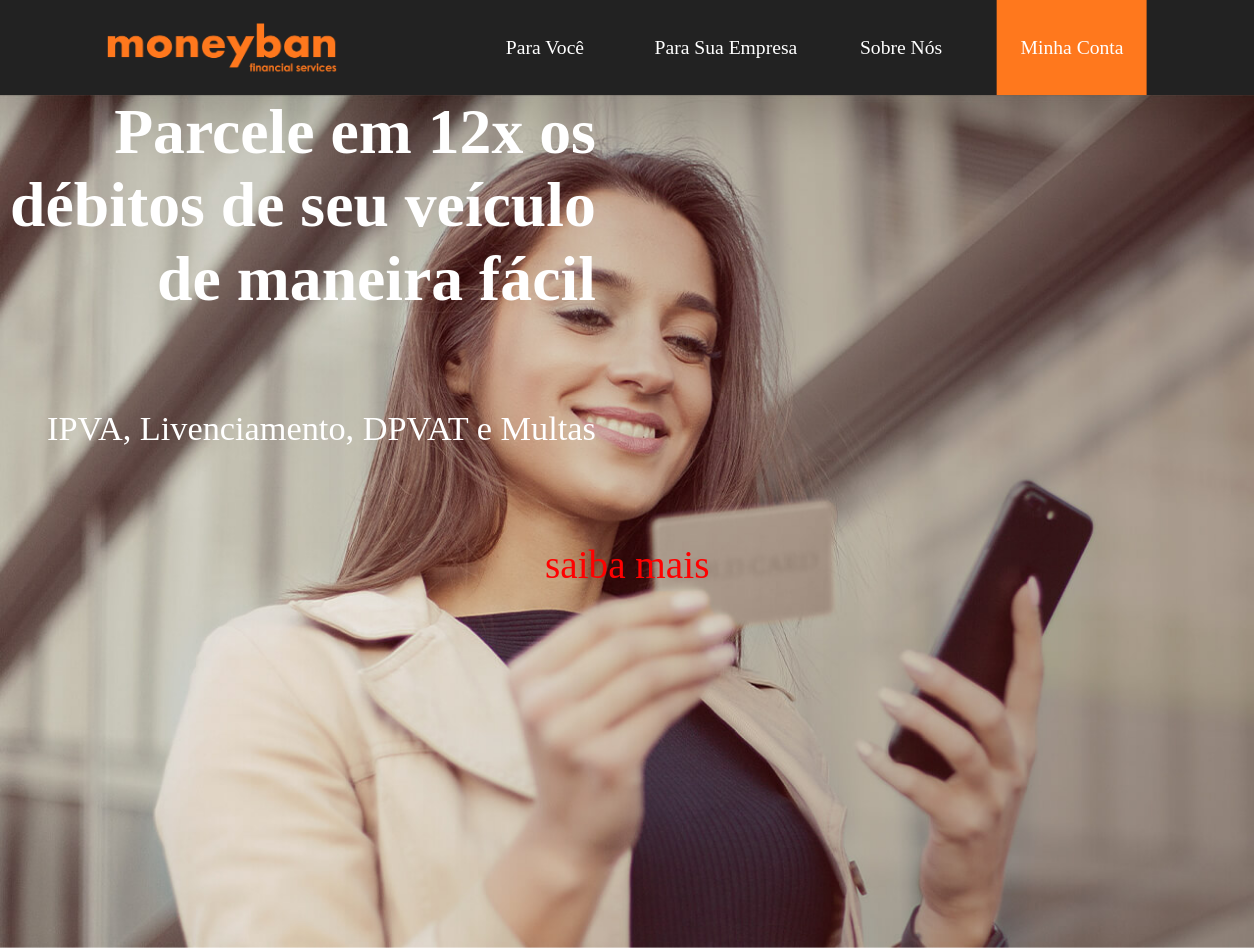
Repository: IvanCardoso91/moneyban
Page: index.html
An editor plug-in stored every save of this project. The page is shown before and after the next save, followed by the edit.
The browser window is 1280 px wide. The pictures show the whole page, at 98% of full size.
Some icons come from a web library that is not loaded, so they are not drawn. Some web fonts or font styles are not loaded; a fallback is used.

Above is the page before, as saved 2020-12-15 14:14:27.

### index.html
<!DOCTYPE html>
<html lang="en">

<head>
    <meta charset="UTF-8">
    <meta name="viewport" content="width=device-width, initial-scale=1.0">
    <link rel="stylesheet" href="./style/main-style.css" type="text/css">
    <link href="/Repositorios/site-moneyban/assets/fontawesome-free/css/all.css" rel="stylesheet">
    <title>Moneyban</title>
    <div class="menu-box">
        <div class="site-title">
            <img src="./assets/img/moneyban 3.png" alt="moneyban" width="233" height="49" />
        </div>
        <div class="menu-options">
            <div style="height: 100%; display: flex;align-items: center;">
                <button onclick="myFunction('personal')" class="menu-options-btn menu-options-text">Para Você <i class="fas fa-chevron-down"></i></button>
                <div style="position: absolute; margin-top: 335px;">
                    <div id="myDropdown" class="dropdown-content">
                        <a>Detran Parcelado</a>
                        <a>Credito Pessoal <span>(em breve)</span></a>
                        <a>Conta Digital <span>(em breve)</span></a>
                        <a>Cartão Internacional <span>(em breve)</span></a>
                        <a>Seguro de Celular <span>(em breve)</span></a>
                    </div>
                </div>
            </div>
            <div style="height: 100%; display: flex;align-items: center;">
                <button onclick="myFunction('enterprise')" class="menu-options-btn menu-options-text">Para Sua Empresa <i class="fas fa-chevron-down"></i></button>
                <div style="position: absolute; margin-top: 295px;">
                    <div id="enterpriseDropdown" class="dropdown-content" style="margin-left: 18px;">
                        <a>Detran Parcelado Frota</a>
                        <a>Capital de Giro <span>(em breve)</span></a>
                        <a>Conta Digital <span>(em breve)</span></a>
                        <a>Cartão Internacional <span>(em breve)</span></a>
                    </div>
                </div>
            </div>
            <div style="height: 100%; display: flex;align-items: center;">
                <span class="menu-options-text"><a>Sobre Nós</a></span>
            </div>
            <div class="menu-options-my-account"><a>Minha Conta</a></div>
        </div>
    </div>
</head>

<body>
    <div class="box-img1">
        <div class="right-side-box">
            <span class="right-side-text">Parcele em 12x os débitos de seu veículo de maneira fácil</span>
        </div>
        <div class="right-side-box2">
            <span class="right-side-text2">IPVA, Livenciamento, DPVAT e Multas</span>
        </div>
        <div class="center-know-more">
            saiba mais
        </div>
    </div>





    <script type="text/javascript" src="./script/main-index.js"></script>
</body>

</html>

### style/main-style.css
@font-face {
    font-family: 'Century Gothic';
    src: url('/Repositorios/site-moneyban/assets/fonts/Century_Gothic.ttf')
}

body {
    margin: 0px;
}

a {
    cursor: pointer;
}


/* MENU HEADER */

.menu-box {
    background-color: #222222;
    width: 100%;
    display: flex;
    flex-direction: row;
    justify-content: space-evenly;
    height: 97px;
}

.site-title {
    display: flex;
    align-items: center;
}

.title-text {
    color: #FF781D;
    font-family: 'Century Gothic';
    font-weight: bold;
}

.subtitle-text {
    color: #FF781D;
    font-family: 'Century Gothic';
}

.menu-options {
    display: flex;
    align-items: center;
    justify-content: flex-end;
}

.menu-options-text {
    color: #FFFFFF;
    font-size: 20px;
    font-family: 'Century Gothic';
    margin-left: 56px;
    background-color: #0000;
    border-color: #0000;
    cursor: pointer;
}

.menu-options-text:focus {
    outline: 0;
}

.menu-options-my-account {
    background-color: #FF781D;
    color: #FFFFFF;
    font-size: 20px;
    font-family: 'Century Gothic';
    margin-left: 56px;
    height: 100%;
    display: flex;
    align-items: center;
    padding: 0px 24px;
}

.fa-chevron-down {
    color: #FF781D;
    pointer-events: none;
}


/* FIM DO MENU HEADER */


/* DROPDOWN */

.dropdown {
    position: relative;
    display: inline-block;
}

.dropdown-content {
    display: none;
    font-size: 14px;
    font-family: 'Century Gothic';
    background-color: #222222B3;
    cursor: pointer;
    opacity: 1;
    border: 2px solid transparent;
    border-top-color: #FF781D;
    transition: all 2s ease-in-out;
}

.dropdown-content a {
    color: #FFFFFF !important
}

.dropdown-content span {
    color: #FF781D !important;
    font-size: 10px
}

.dropdown-content a {
    color: black;
    padding: 12px 16px;
    text-decoration: none;
    display: block;
}

.dropdown a:hover {
    background-color: #ddd;
}

.show {
    display: flex;
    flex-direction: column;
    align-content: flex-start;
    width: 292px;
    padding: 15px;
}


/* FIM DO DROPDOWN */

.box-img1 {
    height: 870px;
    background-image: url('/Repositorios/site-moneyban/assets/img/bg-home-parcelar-documentos-carro-moto.jpg');
}

.right-side-box {
    width: 608px;
    height: 321px;
    text-align: right;
}

.right-side-box2 {
    width: 608px;
    height: 85px;
    text-align: right;
}

.right-side-text {
    font-size: 65px;
    font-family: 'Century Gothic';
    font-weight: bold;
    color: #FFFFFF;
}

.right-side-text2 {
    font-size: 35px;
    font-family: 'Century Gothic';
    font-weight: normal;
    color: #FFFFFF;
}

.center-know-more {
    display: flex;
    justify-content: center;
    align-items: center;
    font-size: 40px;
    color: red;
    height: 17%;
}

### script/main-index.js
function myFunction(option) {
    if (option === 'personal') {
        document.getElementById("myDropdown").classList.toggle("show");
        document.getElementById("enterpriseDropdown").classList.remove("show")
    } else {
        document.getElementById("enterpriseDropdown").classList.toggle("show");
        document.getElementById("myDropdown").classList.remove("show");
    }

}

// Close the dropdown if the user clicks outside of it
window.onclick = function(event) {
    if (!event.target.matches('.menu-options-btn')) {
        var dropdowns = document.getElementsByClassName("dropdown-content");
        var i;
        for (i = 0; i < dropdowns.length; i++) {
            var openDropdown = dropdowns[i];
            if (openDropdown.classList.contains('show')) {
                openDropdown.classList.remove('show');
            }
        }
    }
}

// NAO ESQUECER DE ADICIONAR O MÉTODO POST
{
    /* <form method="post" action="https://consulta.moneyban.com.br/licenciamento.php" name="form">
    	<input type="text" placeholder="Nome Completo" name="cnome">
    	<input type="email" placeholder="E-mail" name="cemail">
    	<input type="tel" placeholder="Telefone" name="cphone">
    	<input type="text" placeholder="Renavam" id="renavam" name="crenavam" maxlength="11">
    	<input type="hidden" name="cparceiro" value="">
    	<input type="hidden" name="cuf" value="PR">
    	<button type="submit" >Consultar Grátis</button>
    </form> */
}

After the next save:
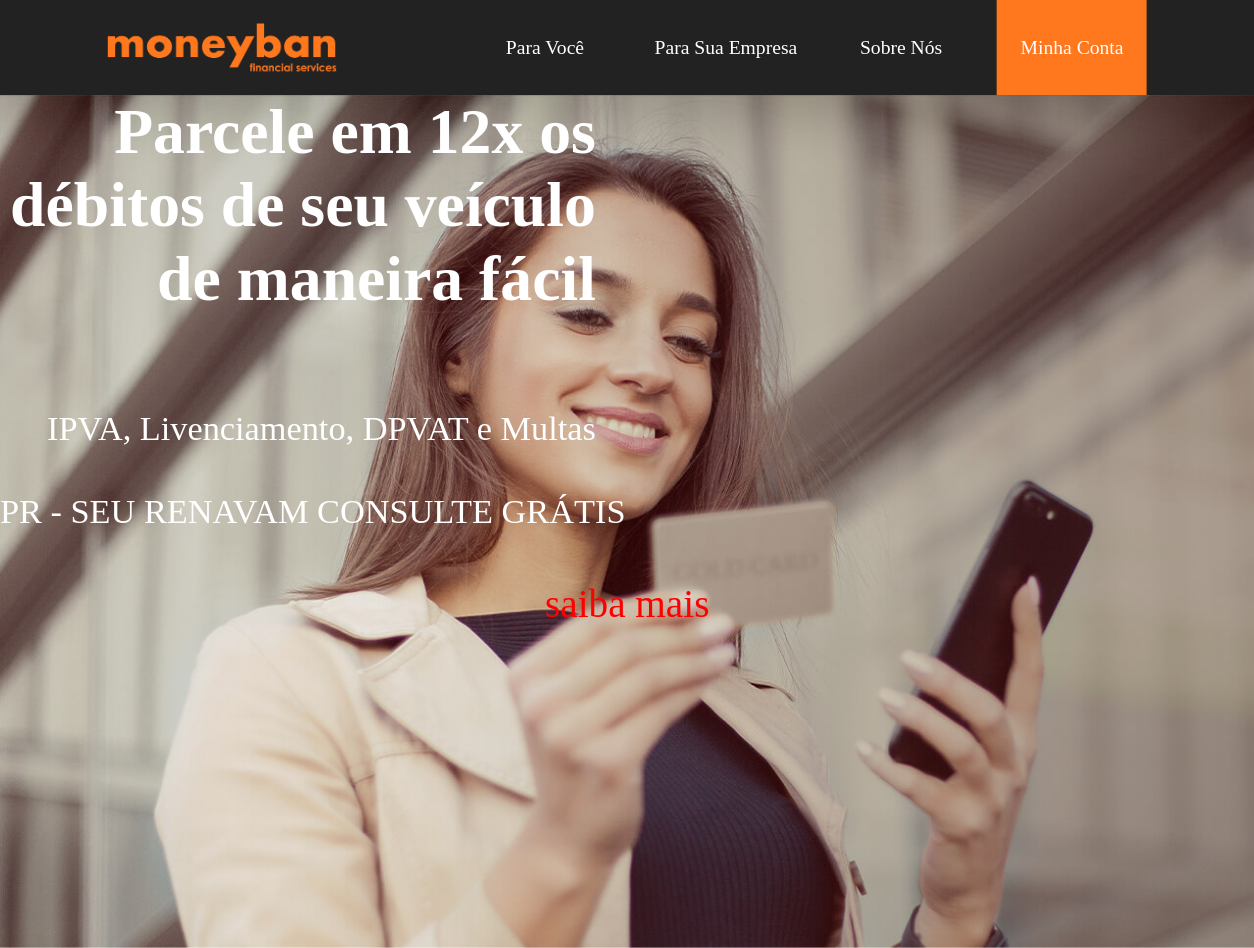
Saved 56 s later.
--- a/index.html
+++ b/index.html
@@ -51,6 +51,9 @@
         <div class="right-side-box2">
             <span class="right-side-text2">IPVA, Livenciamento, DPVAT e Multas</span>
         </div>
+        <div class="right-side-box3">
+            <span class="right-side-text2">PR - SEU RENAVAM CONSULTE GRÁTIS</span>
+        </div>
         <div class="center-know-more">
             saiba mais
         </div>
